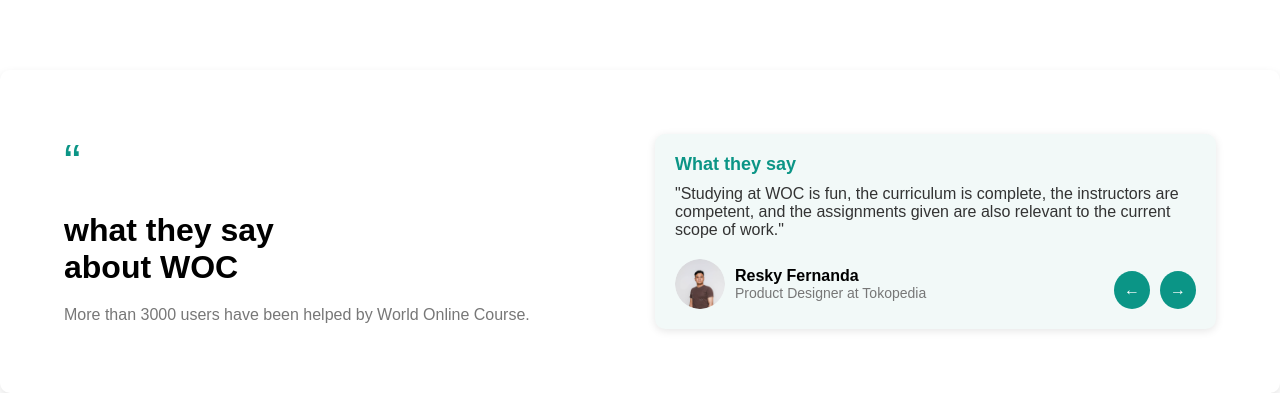
Repository: MaramNabil872/Landing-Page
Page: landingPage.html
An editor plug-in stored every save of this project. The page is shown before and after the next save, followed by the edit.
The browser window is 1280 px wide. The pictures show the part of the page from y = 4333 to 4817 px (the page is 4726 px tall before and 4817 px after).
A picture or video elsewhere on the page could not be fetched, so the positions and the page height are approximate.

Above is the page before, as saved 2024-10-22 15:56:16.

After the next save:
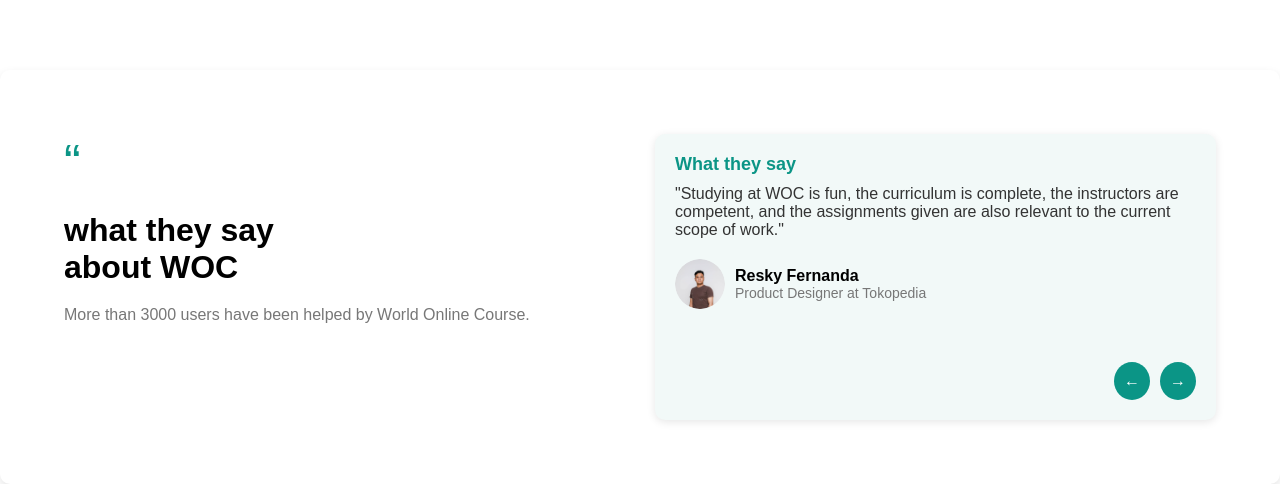
Saved 10 s later.
--- a/landingPage.css
+++ b/landingPage.css
@@ -494,7 +494,7 @@ font-size: 35px;
     background-color: #f2f9f8;
     border-radius: 10px;
     padding: 20px;
-
+    height: 286px;
     text-align: left;
     position: relative;
     box-shadow: 0 2px 8px rgba(0, 0, 0, 0.1);
